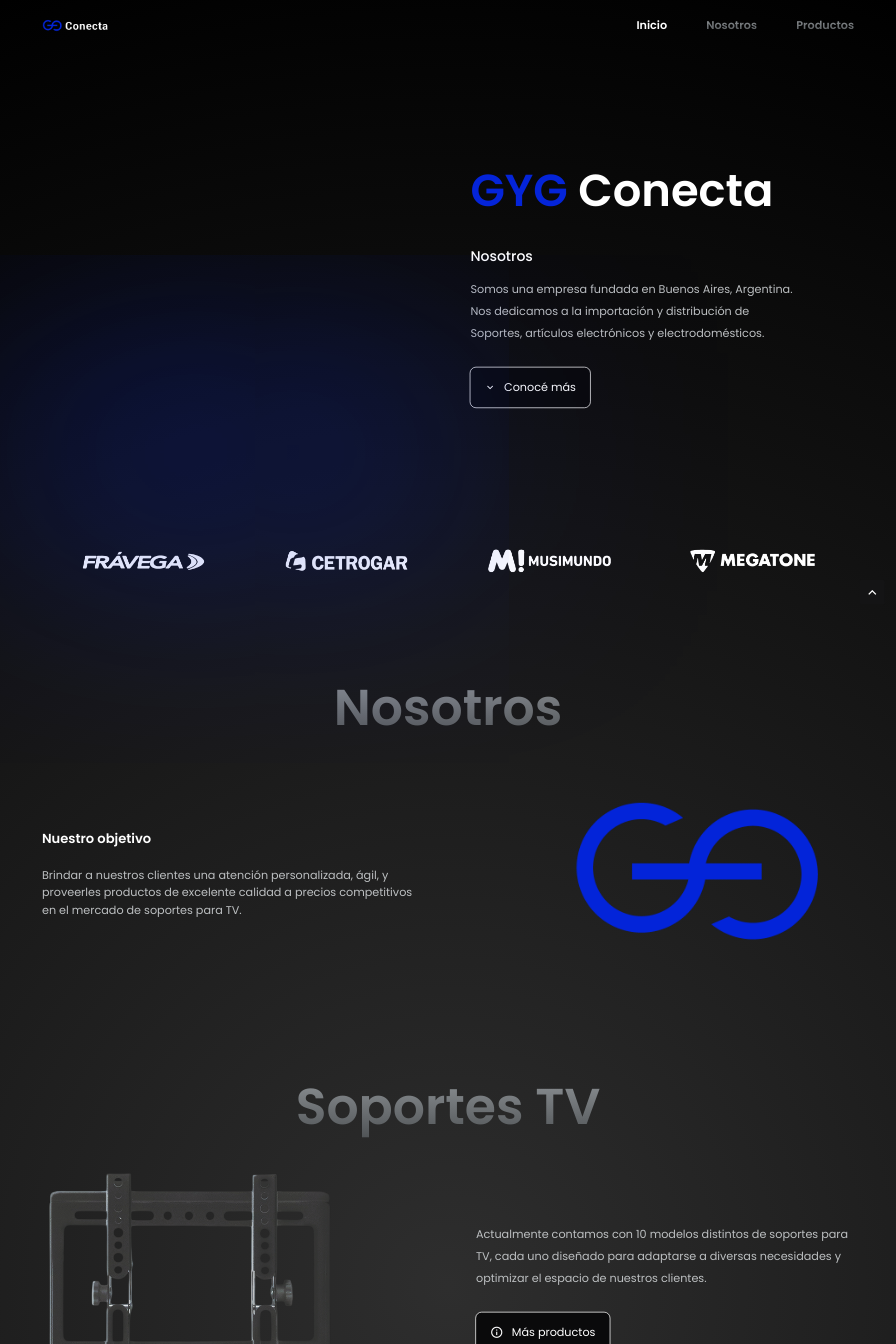
Repository: ramirocasta00/gyg
Page: index.html
An editor plug-in stored every save of this project. The page is shown before and after the next save, followed by the edit.
The browser window is 1280 px wide. The pictures show the part of the page from y = 0 to 1920 px (the page is 3676 px tall before and 3612 px after), at 70% of full size.

Above is the page before, as saved 2024-11-09 10:05:12.

### index.html
<!DOCTYPE html>
    <html lang="es">
    <head>
        <meta charset="UTF-8">
        <meta name="viewport" content="width=device-width, initial-scale=1.0">

        <!--=============== FAVICON ===============-->
        <link rel="shortcut icon" href="assets/img/favicon.png" type="image/x-icon">

        <!--=============== REMIX ICONS ===============-->
        <link href="https://cdn.jsdelivr.net/npm/remixicon@2.5.0/fonts/remixicon.css" rel="stylesheet">

        <!--=============== CSS ===============-->
        <link rel="stylesheet" href="assets/css/styles.css">

        <title>GYG Conecta</title>
    </head>
    <body>
        <!--=============== HEADER ===============-->
        <header class="header" id="header">
            <nav class="nav container">
                <a href="#" class="nav__logo">
                    <img src="assets/img/logo.png" alt="">
                </a>

                <div class="nav__menu" id="nav-menu">
                    <ul class="nav__list">
                        <li class="nav__item">
                            <a href="#home" class="nav__link active-link">Inicio</a>
                        </li>
                        <li class="nav__item">
                            <a href="#specs" class="nav__link">Nosotros</a>
                        </li>
                        <li class="nav__item">
                            <a href="#products" class="nav__link">Productos</a>
                        </li>
                    </ul>

                    <div class="nav__close" id="nav-close">
                        <i class="ri-close-line"></i>
                    </div>
                </div>

                <div class="nav__toggle" id="nav-toggle">
                    <i class="ri-function-line"></i>
                </div>
            </nav>

        </header>

        <main class="main">
            <!--=============== INICIO ===============-->
            <section class="home section" id="home">
                <div class="home__container container grid">

                    <div class="home__img">
                        <a href="assets/img/home.png" alt=""></a>
                    </div>

                    <div class="home__data">
                        <div class="home__header">
                            <h2 class="home__subtitle"><span style="color: #0424d9;"">GYG</span> Conecta</h2>
                        </div>

                        <div class="home__footer">
                            <h3 class="home__title-description">Nosotros</h3>
                            <p class="home__description">Somos una empresa fundada en Buenos Aires, Argentina. Nos dedicamos a
                                la importación y distribución de Soportes, artículos electrónicos y electrodomésticos.


                            </p>
                            <a href="#specs" class="button button--flex">
                                <span class="button--flex">
                                    <i class="ri-arrow-down-s-line"></i> Conocé más
                                </span>
                            </a>
                        </div>
                    </div>
                    <span class="blur"></span>
                </div>
            </section>

            <!--=============== SPONSOR ===============-->
            <section class="sponsor section">
                <div class="sponsor__container container grid">
                    <img src="assets/img/sponsor2.png" alt="" class="sponsor__img">
                    <img src="assets/img/sponsor3.png" alt="" class="sponsor__img">
                    <img src="assets/img/sponsor4.png" alt="" class="sponsor__img">
                    <img src="assets/img/sponsor5.png" alt="" class="sponsor__img">
                </div>
            </section>

            <!--=============== NOSOTROS ===============-->
            <section class="specs section grid" id="specs">
                <h2 class="section__title section__title-gradient">Nosotros</h2>

                <div class="specs__container container grid">
                    <div class="specs__content grid">
                        <p class="specs__description"><h3>Nuestro objetivo</h3>
                            <br>
                            Brindar a nuestros clientes una atención
                            personalizada, ágil, y proveerles productos de excelente calidad a precios competitivos
                            en el mercado de soportes para TV.

                        </p>
                    </div>
                    <div>
                        <img src="assets/img/logo_nosotros.png" alt="" class="specs__img">
                    </div>
                </div>
            </section>

            <!--=============== CASE ===============-->
            <section class="case section grid" id="case">
                <h2 class="section__title section__title-gradient">Soportes TV</h2>

                <div class="case__container container grid">
                    <div>
                        <img src="assets/img/Soporte_1.png" alt="" class="case__img">
                    </div>

                    <div class="case__data">
                        <p class="case__description">Actualmente contamos con 10 modelos distintos de soportes para TV, cada uno diseñado para adaptarse
                            a diversas necesidades y optimizar el espacio de nuestros clientes.
                        </p>
                        <a href="#products" class="button button--flex">
                            <i class="ri-information-line button__icon"></i> Más productos
                        </a>
                    </div>
                </div>
            </section>

            <!--=============== DISCOUNT ===============-->
            <section class="discount section">
                <div class="discount__container container grid">
                    <div class="discount__animate">
                        <h2 class="discount__title"><br>Colaboradores</h2>
                        <p class="discount__description">Hacé click y visitá la página</p>
                        <a href="https://www.electropremiumhome.com.ar/" target="_blank" class="button button--flex">
                            <i class="ri-links-line"></i> Conocé más
                        </a>
                    </div>

                    <img src="assets/img/logo_pagina_amiga.png" alt="" class="discount__img">
                </div>
            </section>

            <!--=============== PRODUCTS ===============-->
            <section class="products section" id="products">
                <h2 class="section__title section__title-gradient products__line">
                    GYG <br> Productos
                </h2>

                <div class="products__container container grid">
                    <article class="products__card">
                        <div class="products__content">
                            <img src="assets/img/producto_1.png" alt="" class="products__img">

                            <h3 class="products__title">LT-B210</h3>

                            </button>
                        </div>
                    </article>
                    <article class="products__card">
                        <div class="products__content">
                            <img src="assets/img/producto_2.png" alt="" class="products__img">

                            <h3 class="products__title">LT-B220</h3>

                            </button>
                        </div>
                    </article>
                    <article class="products__card">
                        <div class="products__content">
                            <img src="assets/img/producto_3.png" alt="" class="products__img">

                            <h3 class="products__title">LT-B230</h3>

                            </button>
                        </div>
                    </article>
                    <article class="products__card">
                        <div class="products__content">
                            <img src="assets/img/producto_4.png" alt="" class="products__img">

                            <h3 class="products__title">LT-F110</h3>

                            </button>
                        </div>
                    </article>

                    <article class="products__card">
                        <div class="products__content">
                            <img src="assets/img/producto_5.png" alt="" class="products__img">

                            <h3 class="products__title">LT-F120</h3>

                            </button>
                        </div>
                    </article>

                    <article class="products__card">
                        <div class="products__content">
                            <img src="assets/img/producto_6.png" alt="" class="products__img">

                            <h3 class="products__title">LT-F130</h3>

                            </button>
                        </div>
                    </article>

                    <article class="products__card">
                        <div class="products__content">
                            <img src="assets/img/producto_7.png" alt="" class="products__img">

                            <h3 class="products__title">LT-M310</h3>

                            </button>
                        </div>
                    </article>

                    <article class="products__card">
                        <div class="products__content">
                            <img src="assets/img/producto_8.png" alt="" class="products__img">

                            <h3 class="products__title">LT-M320</h3>

                            </button>
                        </div>
                    </article>

                    <article class="products__card">
                        <div class="products__content">
                            <img src="assets/img/producto_9.png" alt="" class="products__img">

                            <h3 class="products__title">LT-M330</h3>

                            </button>
                        </div>
                    </article>

                    <article class="products__card">
                        <div class="products__content">
                            <img src="assets/img/producto_10.png" alt="" class="products__img">

                            <h3 class="products__title">LT-M340</h3>

                            </button>
                        </div>
                    </article>

                </div>
            </section>
        </main>

        <!--=============== FOOTER ===============-->
        <footer class="footer section">
            <div class="footer__container container grid">
                <a href="#" class="footer__logo">
                    <img src="assets/img/logo.png" alt="">
                </a>

                <div class="footer__content">
                    <h3 class="footer__title">Contacto</h3>

                    <ul class="footer__links">
                        <li>
                            <a href="mailto:ventas@gygconecta.com" class="footer__link">Contacto ventas</a>
                        </li>
                        <li>
                            <a href="mailto:manuel@gygconecta.com" class="footer__link">Contacto consultas</a>
                        </li>
                    </ul>
                </div>

                <div class="footer__content">
                    <form action="" class="footer__form">
                        <input type="email" placeholder="Email" class="footer__input">
                        <button class="button button--flex">
                            <i class="ri-send-plane-line button__icon"></i> Subscribe
                        </button>
                    </form>

                </div>
            </div>

        </footer>

        <!--=============== SCROLL UP ===============-->
        <a href="#" class="scrollup" id="scroll-up">
            <i class="ri-arrow-up-s-line scrollup__icon"></i>
        </a>

        <!--=============== SCROLL REVEAL ===============-->
        <script src="https://unpkg.com/scrollreveal"></script>

        <!--=============== MAIN JS ===============-->
        <script src="assets/js/main.js"></script>
    </body>
</html>

Loaded but not shown: assets/js/main.js (94 lines, source omitted); assets/css/styles.css (916 lines, source omitted)

After the next save:
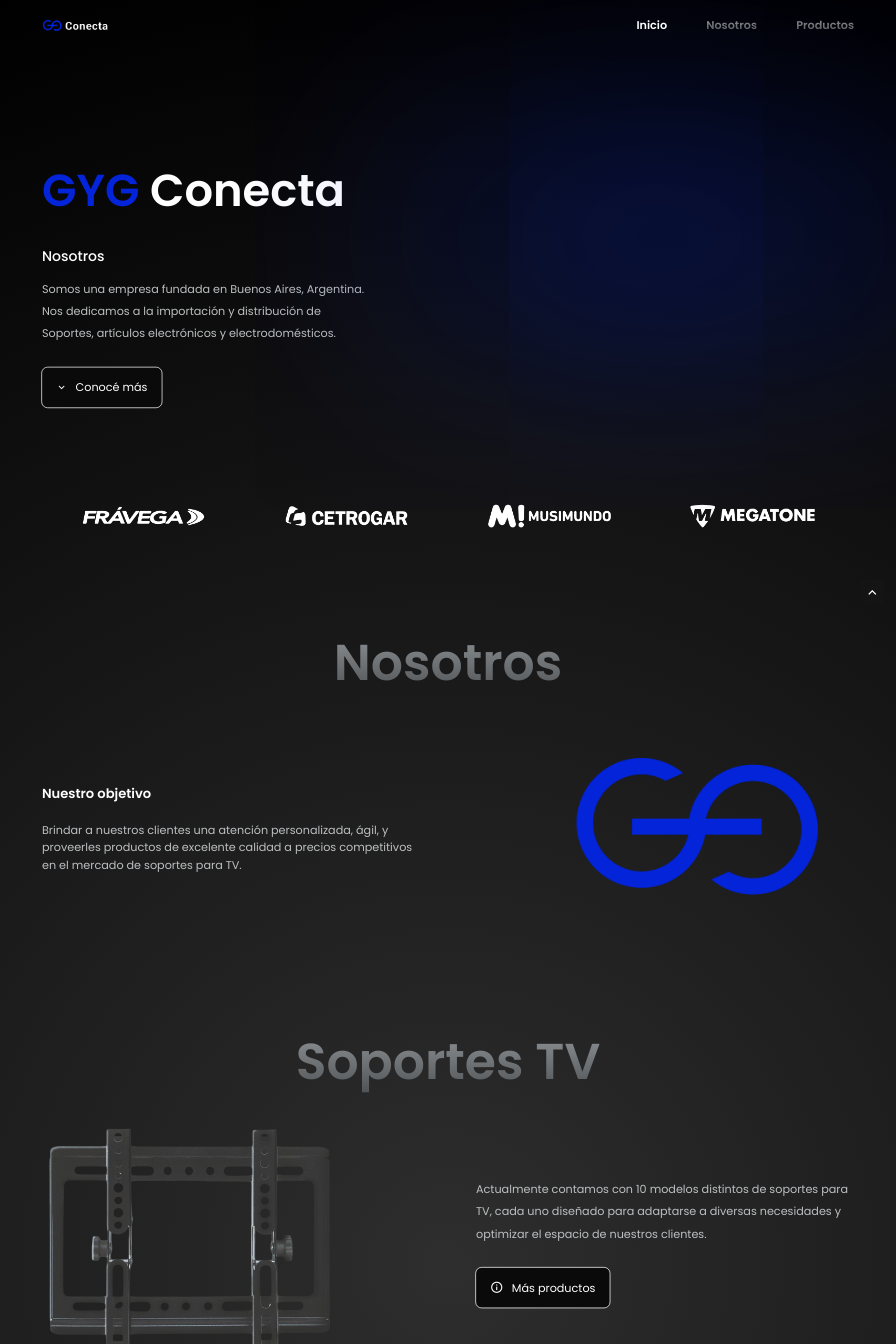
Saved 12 s later.
--- a/index.html
+++ b/index.html
@@ -53,10 +53,6 @@
             <section class="home section" id="home">
                 <div class="home__container container grid">
 
-                    <div class="home__img">
-                        <a href="assets/img/home.png" alt=""></a>
-                    </div>
-
                     <div class="home__data">
                         <div class="home__header">
                             <h2 class="home__subtitle"><span style="color: #0424d9;"">GYG</span> Conecta</h2>

After the 4 saves that followed:
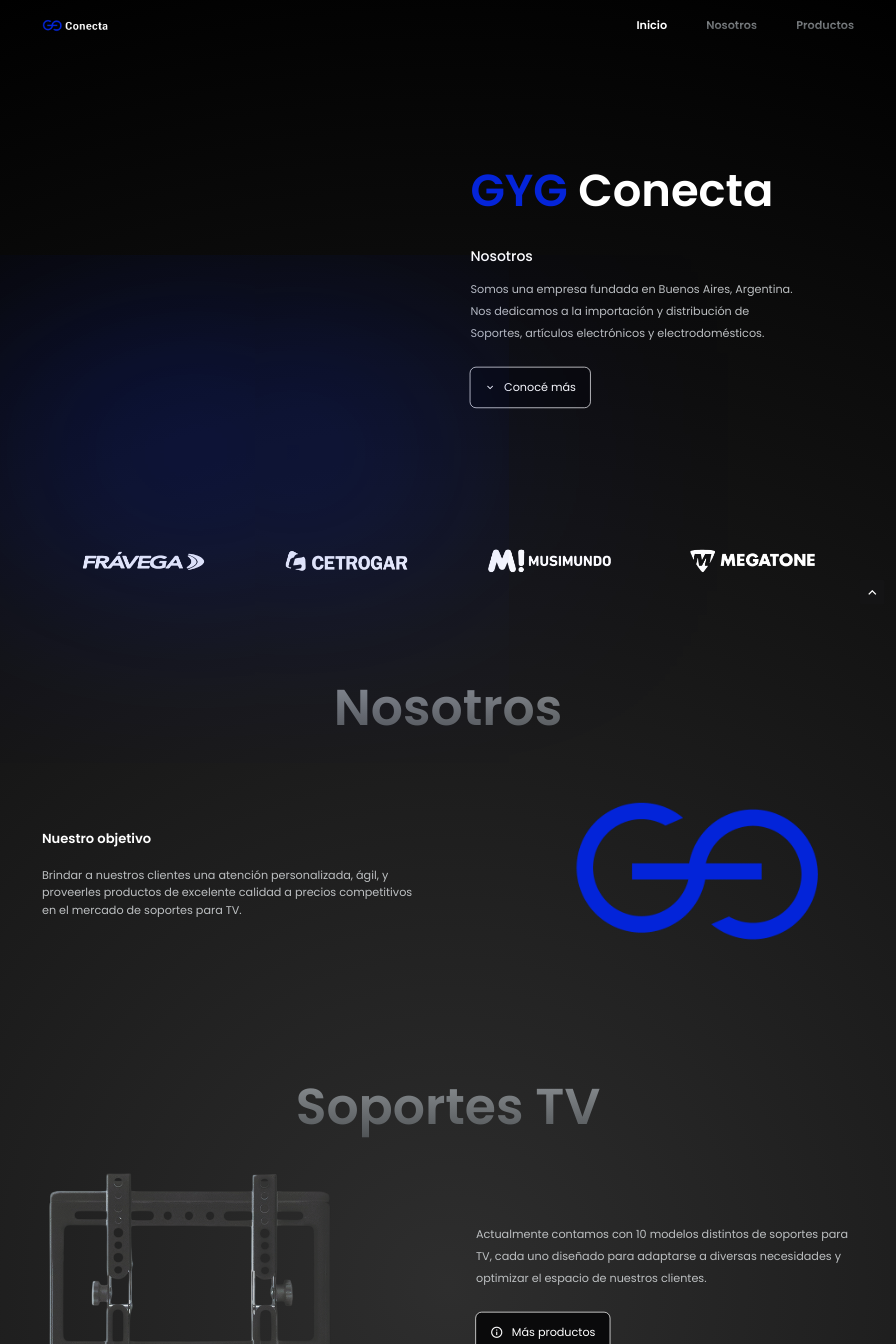
The 4 saves are shown as one change because 2 left the picture as it was and some came seconds apart.
The last was saved 29 s later.
--- a/index.html
+++ b/index.html
@@ -52,7 +52,9 @@
             <!--=============== INICIO ===============-->
             <section class="home section" id="home">
                 <div class="home__container container grid">
-
+                    <div class="home__img">
+                        <a href="assets/img/home.png" alt=""></a>
+                    </div>
                     <div class="home__data">
                         <div class="home__header">
                             <h2 class="home__subtitle"><span style="color: #0424d9;"">GYG</span> Conecta</h2>
